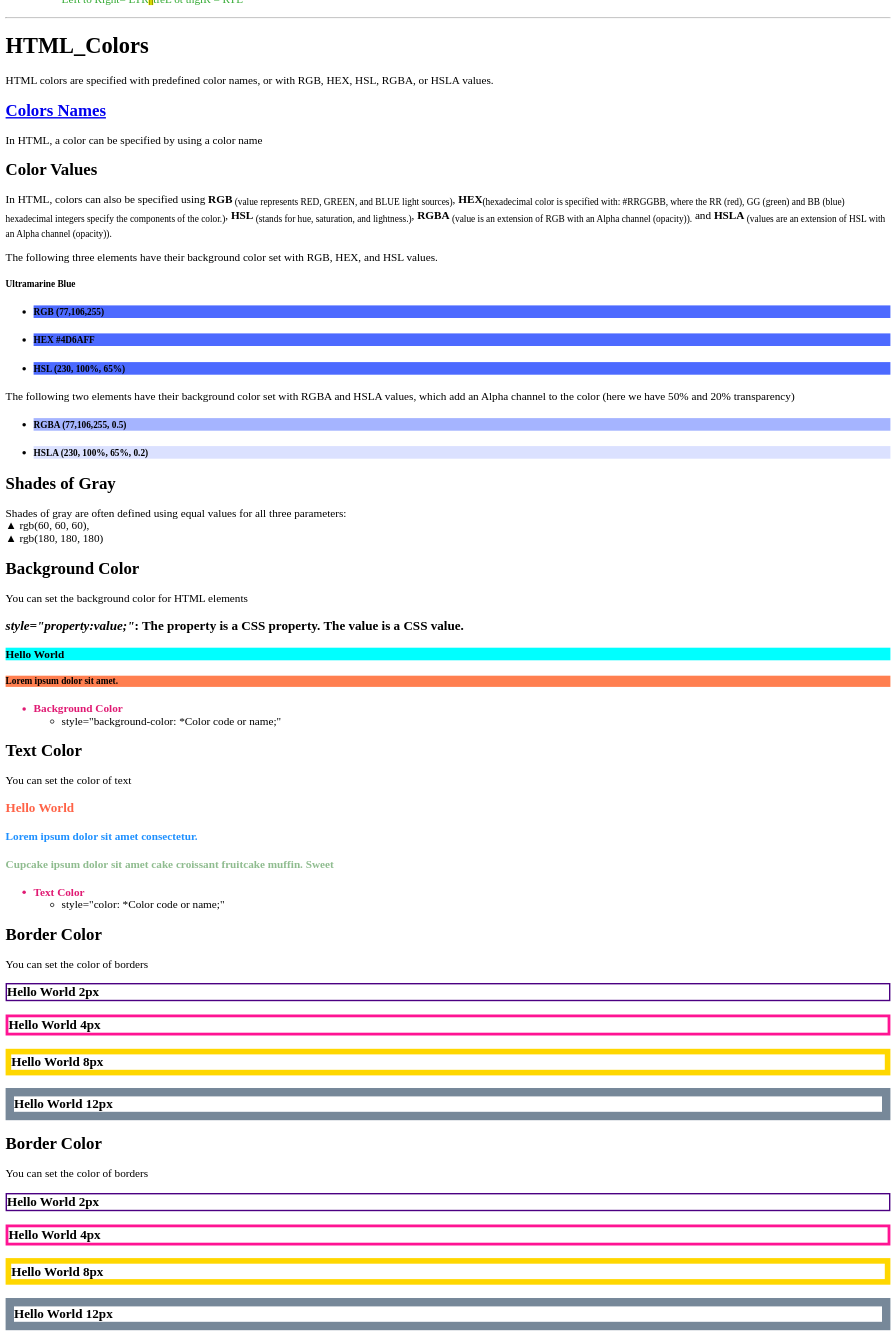
Repository: AnnaSpirit/2025_
Page: Bases/OK/HTML_Text_Formatting.html
The author's editor kept a copy of each file at every save. The page is drawn from the files as they stood at one save, then again after a run of saves.
The browser window is 1280 px wide. The pictures show the part of the page from y = 1405 to 3325 px (the page is 3325 px tall before and 3278 px after), at 70% of full size.

Above is the page before, as saved 2025-01-09 15:40:07.

After the next 3 saves:
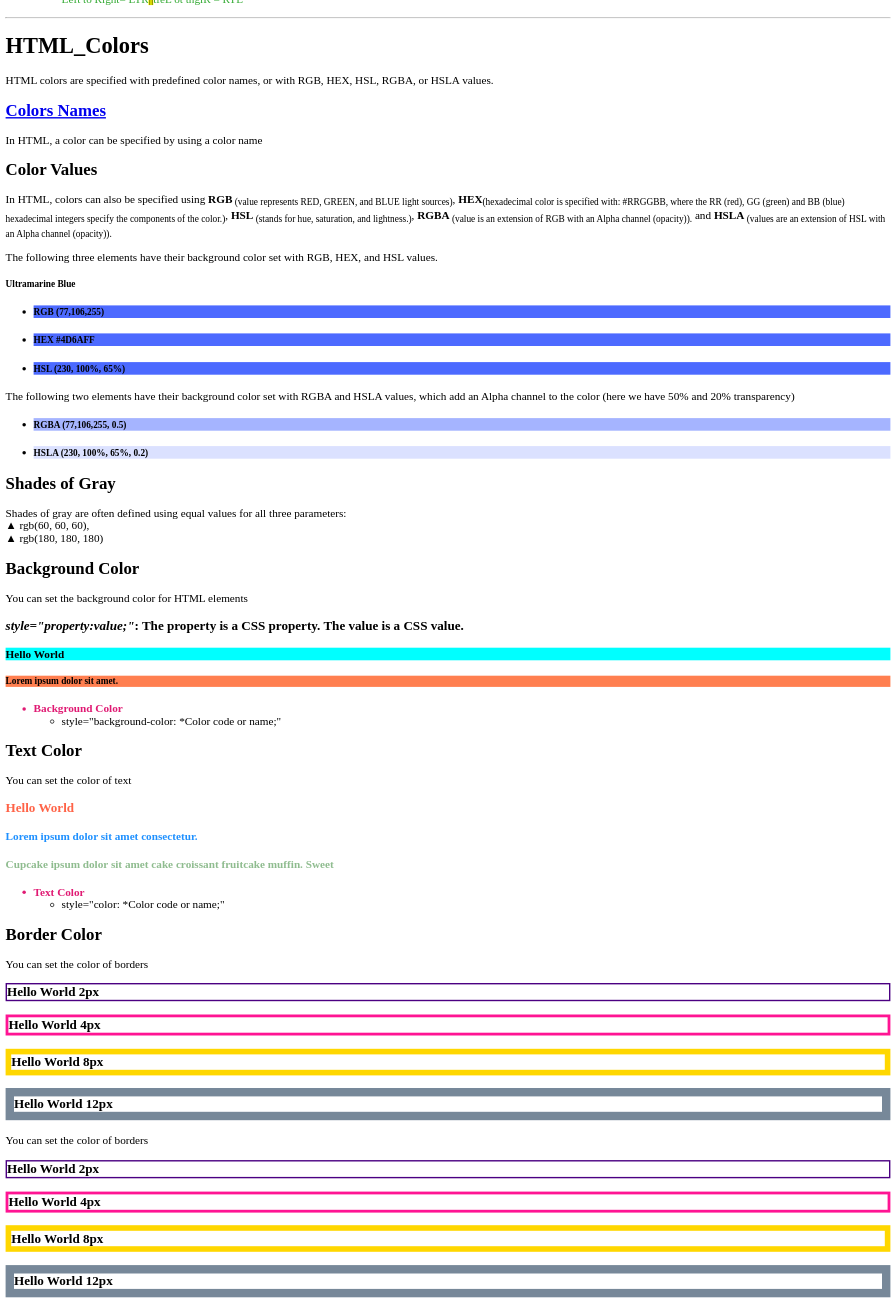
The 3 saves are shown as one change because they came seconds apart.
The last was saved 9 s later.
--- a/Bases/OK/HTML_Text_Formatting.html
+++ b/Bases/OK/HTML_Text_Formatting.html
@@ -212,7 +212,7 @@
     <h3 style="border:12px solid LightSlateGrey;">Hello World 12px</h3>
     </p>
 
-    <h2>Border Color</h2>
+    <h2><Font></h2>
 
     <p>You can set the color of borders <br>
     <h3 style="border:2px solid indigo;">Hello World 2px</h3>
